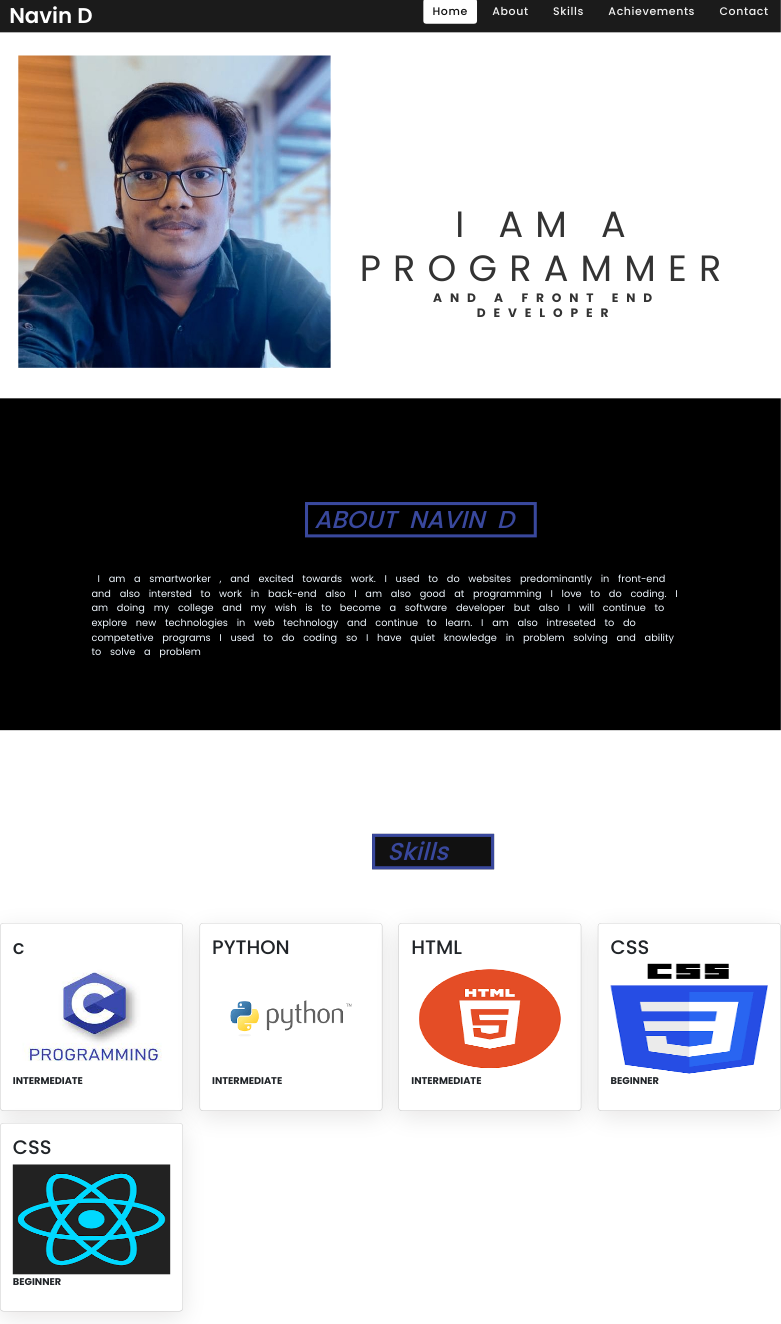
Repository: NavinDayanithi/OIBSIP
Page: Portfolio/index.html
An editor plug-in stored every save of this project. The page is shown before and after the next save, followed by the edit.
The browser window is 1280 px wide. The pictures show the whole page, at 61% of full size.

Above is the page before, as saved 2023-02-21 20:29:38.
Console error: TypeError: Cannot read properties of undefined (reading 'fn')

After the next save:
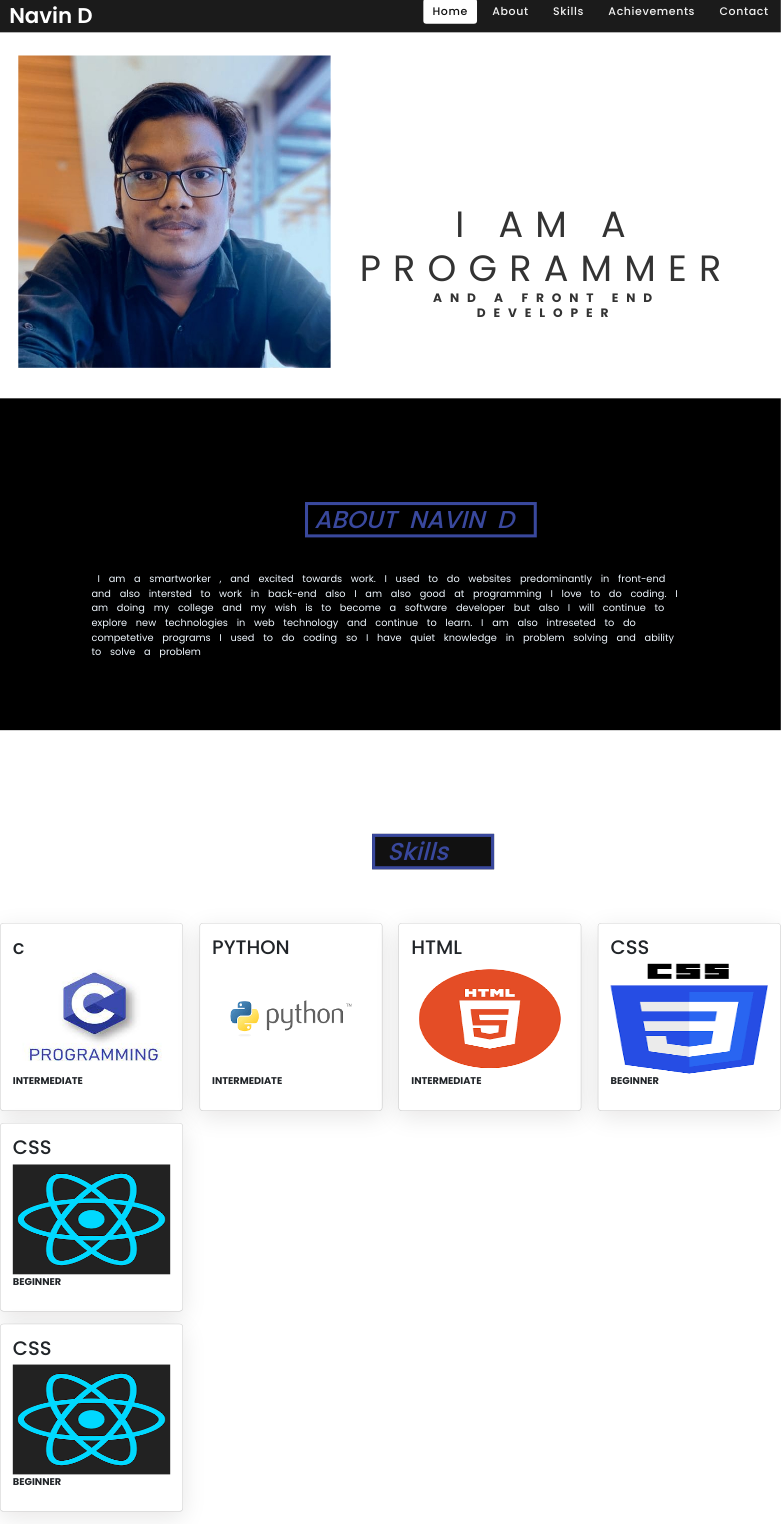
Saved 81 s later.
--- a/Portfolio/index.html
+++ b/Portfolio/index.html
@@ -88,6 +88,11 @@
 
  </div>
  </section>
+ <div class="card">
+   <h2>CSS</h2>
+   <img class ="react" src="react2.png"></img>
+   <p><b>BEGINNER</b></p>
+ </div>
  <section class="achievements" id="achi">
 
 

After the save that followed:
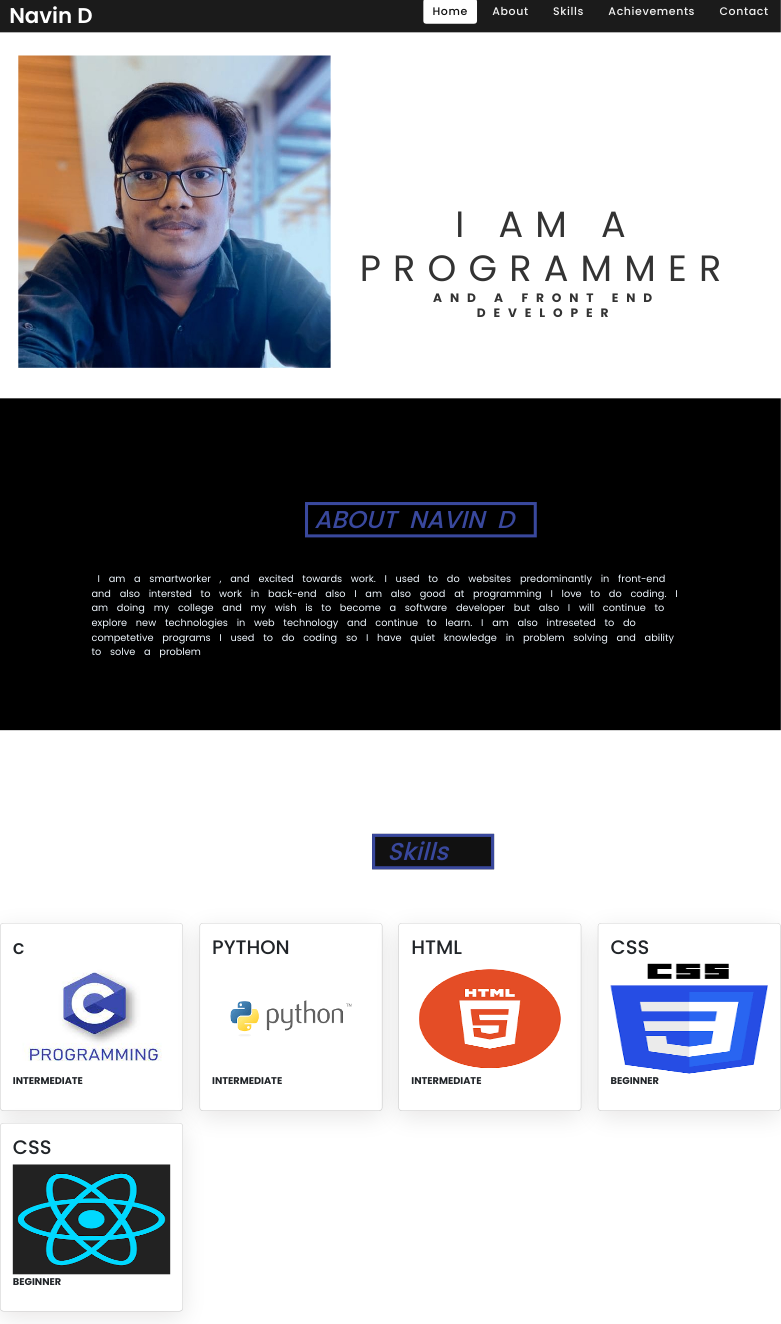
Saved 11 s later.
--- a/Portfolio/index.html
+++ b/Portfolio/index.html
@@ -80,13 +80,13 @@
      <p><b>BEGINNER</b></p>
    </div>
 
-   <div class="card">
+   <!-- <div class="card">
       <h2>CSS</h2>
       <img class ="react" src="react2.png"></img>
       <p><b>BEGINNER</b></p>
     </div>
 
- </div>
+ </div> -->
  </section>
  <div class="card">
    <h2>CSS</h2>
